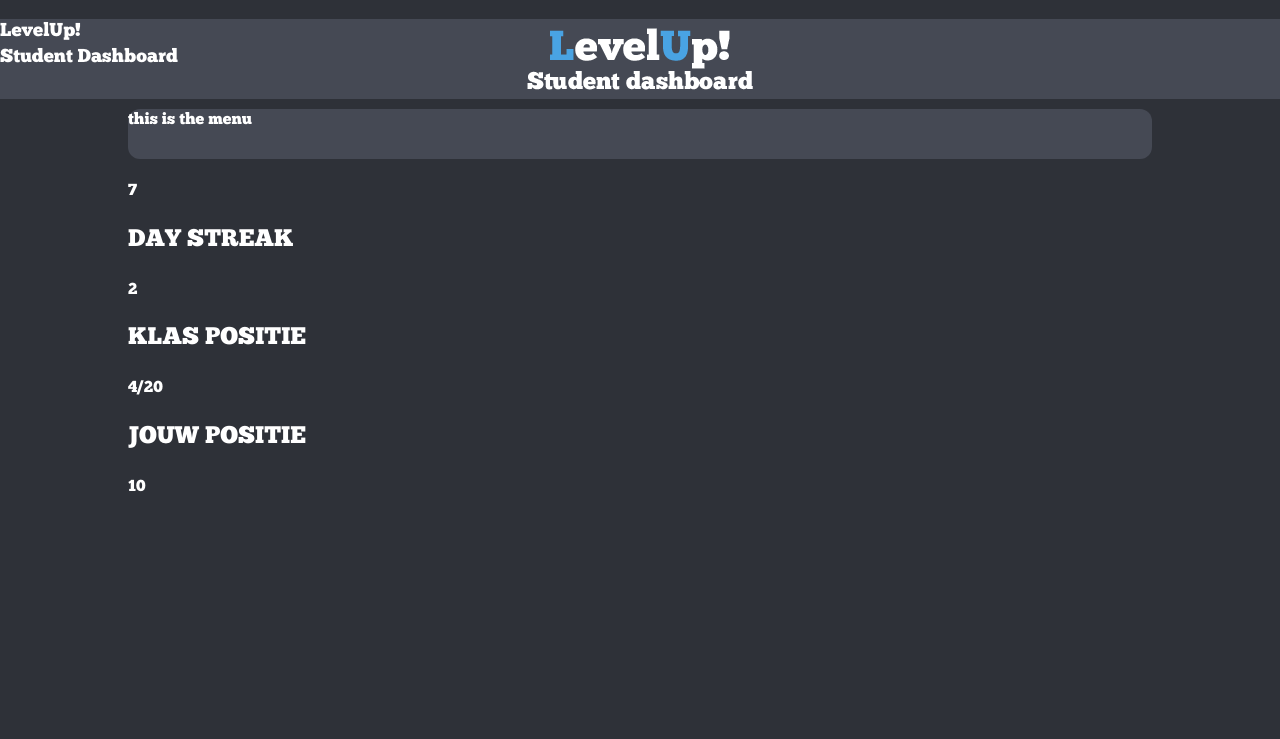
Repository: boblanckenburg/levelup
Page: website/src/index.html
An editor plug-in stored every save of this project. The page is shown before and after the next save, followed by the edit.
The browser window is 1280 px wide. The pictures show the whole page.

Above is the page before, as saved 2014-09-17 14:58:19.

### website/src/index.html
<!doctype html>
<html class="no-js" id="html" lang="">
    <head>
        <meta charset="utf-8">
        <meta http-equiv="X-UA-Compatible" content="IE=edge">
        <title>LevelUp</title>
        <meta name="description" content="">
        <meta name="viewport" content="width=device-width, initial-scale=1">

        <!-- Place favicon.ico and apple-touch-icon(s) in the root directory -->

        <link rel="stylesheet" href="css/main.css">
        <script src="js/main.js"></script>
        <script src="js/vendor/modernizr-2.8.3.min.js"></script>
    </head>
    <body>
        <!--[if lt IE 8]>
            <p class="browsehappy">You are using an <strong>outdated</strong> browser. Please <a href="http://browsehappy.com/">upgrade your browser</a> to improve your experience.</p>
        <![endif]-->

		<section class="dashboard">
			<section class="header">
				<h1>LevelUp!<br>Student Dashboard</h1>
			</section>
			<section class="menu">
				this is the menu
			</section>
			<section class="content">
				<section class="streaks">
					<div class="streakitem">
						<h1>7</h1>
						<h2>DAY STREAK</h2>
					</div>
					<div class="streakitem">
						<h1>2</h1>
						<h2>KLAS POSITIE</h2>
					</div>
					<div class="streakitem">
						<h1>4/20</h1>
						<h2>JOUW POSITIE</h2>
					</div>
				</section>
				<section class="levelcounter">
					<h1>10</h1>
				</section>
				<section class="actionbar">
				</section>
			</section>
		</section>
    </body>
</html>

### website/src/css/main.css
/*
 * What follows is the result of much research on cross-browser styling.
 * Credit left inline and big thanks to Nicolas Gallagher, Jonathan Neal,
 * Kroc Camen, and the H5BP dev community and team.
 */

/* ==========================================================================
   Base styles: opinionated defaults
   ========================================================================== */

/*
bg-gray: #2e3138;
bg-light-gray: #454954;
bg-blue: #49a2e4;
neon-blue: #01d1ff;
*/

html {
    color: #222;
    font-size: 1em;
    line-height: 1.4;
	margin: 0px;
	background: #2e3138;
	color: white;
	text-decoration: none;
	font-weight: normal;
}

/* ==========================================================================
   Author's custom styles
   ========================================================================== */


@font-face {
    font-family: chunkfivefont;
    src: url(Chunkfive.otf);
}


body {
    font-family: chunkfivefont;
    color: white;
    height:100%;
	margin: 0px;
	overflow-x: scroll;
	overflow-style: marquee-line;
}

a
{
	color: #49a2e4;

}

h1, h2, h3
{
	font-weight: normal;
}

.dashboard,
{
	height:100%;
	width:100%;
}

.content
{
	height: 100%;
	width: 100%;
}

.header
{
    background: #454953;
	width: 100%;
	height:80px;
	margin: 0px auto 0px auto;

	background-image: url('../img/dashboardlogo.png');
	background-position: center;
	background-repeat: no-repeat;
	background-color: #454954;
}

.header #welcome
{
	width: 200px;
	float:right;
	color: white;
	margin 0px auto 0px auto;
	padding: 0px 10px 0px 0px;
}

.header #welcome p
{
	float: right;
	display: block;
	font-size: 0.7em;
	margin: 10px 10px 5px 0px;
}

.header #welcome a
{
	float: right;
	display: block;
	height:20px;
	width: 100px;
	text-align: center;
	font-size: 0.8em;
	color: white;
	text-decoration: none;
	padding:5px 20px 5px 20px;
	margin: 0px 10px 0px 0px;

	background-color: #49a2e4;
	border-radius: 6px;
}

.menu
{
    background: #2e3138;
	width:80%;
	height:100%;
	min-height:50px;
	margin: 10px auto 5px auto;
	background: #454954;
	border-radius: 12px;
	display: block;
}

.menu a, a:visited
{
	display: block;
	float:left;
	height: 35px;
	text-align: center;
	padding: 15px 0px 0px 30px;
	text-decoration: none;
	color: white;
}

.menu a:hover
{
	color: #49a2e4;
}

.content {
	width: 80%;
	height: 350px;
	margin: auto;
}

.container {
	margin: 0px auto 0px auto;
	width:100%;
	display: inline;
}


/* ==========================================================================
   Helper classes
   ========================================================================== */

/*
 * Hide visually and from screen readers: h5bp.com/u
 */

.hidden {
    display: none !important;
    visibility: hidden;
}

/*
 * Hide only visually, but have it available for screen readers: h5bp.com/v
 */

.visuallyhidden {
    border: 0;
    clip: rect(0 0 0 0);
    height: 1px;
    margin: -1px;
    overflow: hidden;
    padding: 0;
    position: absolute;
    width: 1px;
}

/*
 * Extends the .visuallyhidden class to allow the element to be focusable
 * when navigated to via the keyboard: h5bp.com/p
 */

.visuallyhidden.focusable:active,
.visuallyhidden.focusable:focus {
    clip: auto;
    height: auto;
    margin: 0;
    overflow: visible;
    position: static;
    width: auto;
}

/*
 * Hide visually and from screen readers, but maintain layout
 */

.invisible {
    visibility: hidden;
}

/*
 * Clearfix: contain floats
 *
 * For modern browsers
 * 1. The space content is one way to avoid an Opera bug when the
 *    `contenteditable` attribute is included anywhere else in the document.
 *    Otherwise it causes space to appear at the top and bottom of elements
 *    that receive the `clearfix` class.
 * 2. The use of `table` rather than `block` is only necessary if using
 *    `:before` to contain the top-margins of child elements.
 */

.clearfix:before,
.clearfix:after {
    content: " "; /* 1 */
    display: table; /* 2 */
}

.clearfix:after {
    clear: both;
}

/* ==========================================================================
   EXAMPLE Media Queries for Responsive Design.
   These examples override the primary ('mobile first') styles.
   Modify as content requires.
   ========================================================================== */

@media only screen and (min-width: 35em) {
    /* Style adjustments for viewports that meet the condition */
}

@media print,
       (-o-min-device-pixel-ratio: 5/4),
       (-webkit-min-device-pixel-ratio: 1.25),
       (min-resolution: 120dpi) {
    /* Style adjustments for high resolution devices */
}

/* ==========================================================================
   Print styles.
   Inlined to avoid the additional HTTP request: h5bp.com/r
   ========================================================================== */

@media print {
    *,
    *:before,
    *:after {
        background: transparent !important;
        color: #000 !important; /* Black prints faster: h5bp.com/s */
        box-shadow: none !important;
        text-shadow: none !important;
    }

    a,
    a:visited {
        text-decoration: underline;
    }

    a[href]:after {
        content: " (" attr(href) ")";
    }

    abbr[title]:after {
        content: " (" attr(title) ")";
    }

    /*
     * Don't show links that are fragment identifiers,
     * or use the `javascript:` pseudo protocol
     */

    a[href^="#"]:after,
    a[href^="javascript:"]:after {
        content: "";
    }

    pre,
    blockquote {
        border: 1px solid #999;
        page-break-inside: avoid;
    }

    thead {
        display: table-header-group; /* h5bp.com/t */
    }

    tr,
    img {
        page-break-inside: avoid;
    }

    img {
        max-width: 100% !important;
    }

    p,
    h2,
    h3 {
        orphans: 3;
        widows: 3;
    }

    h2,
    h3 {
        page-break-after: avoid;
    }
}

### website/src/js/main.js

//set up height of the html element so 100% height spans the entire screen
document.getElementById("html").style.height=window.innerHeight+"px";

Loaded but not shown: website/src/js/vendor/modernizr-2.8.3.min.js (library)

After the next save:
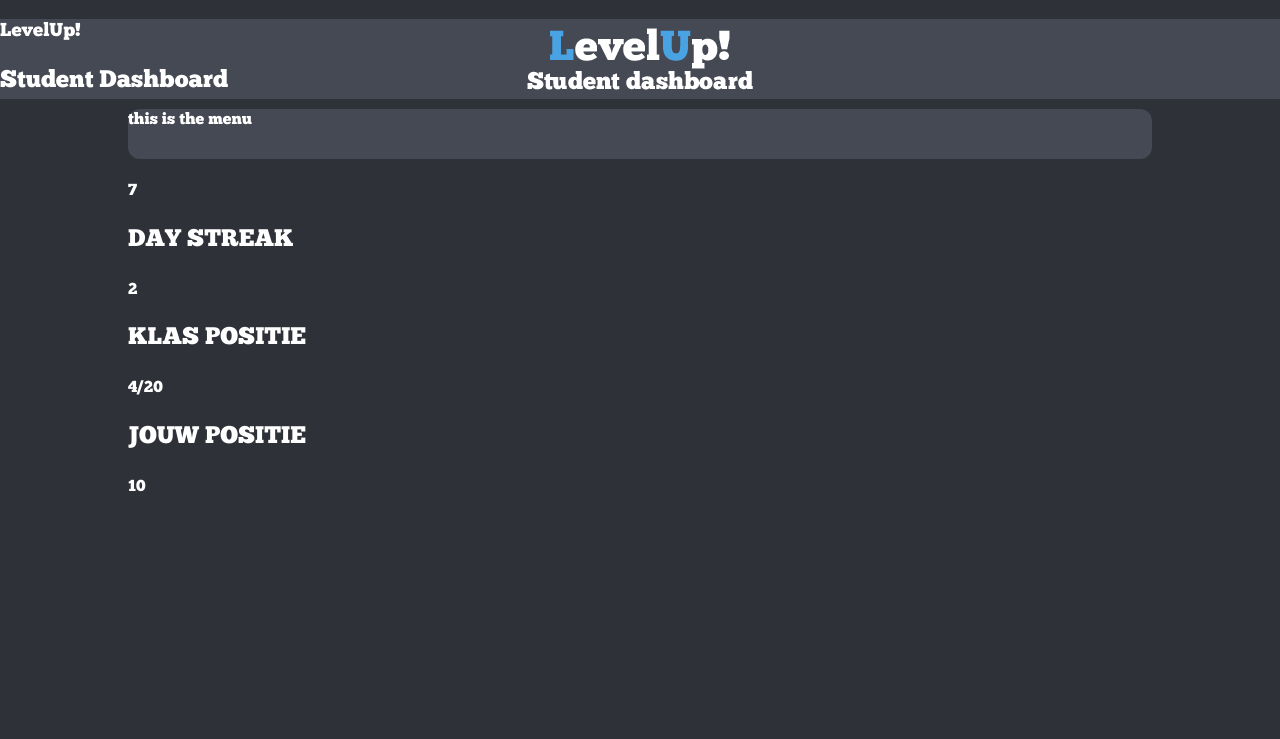
Saved 4 h 2 min later.
--- a/website/src/index.html
+++ b/website/src/index.html
@@ -20,7 +20,8 @@
 
 		<section class="dashboard">
 			<section class="header">
-				<h1>LevelUp!<br>Student Dashboard</h1>
+				<h1>LevelUp!</h1>
+				<h2>Student Dashboard</h2>
 			</section>
 			<section class="menu">
 				this is the menu
